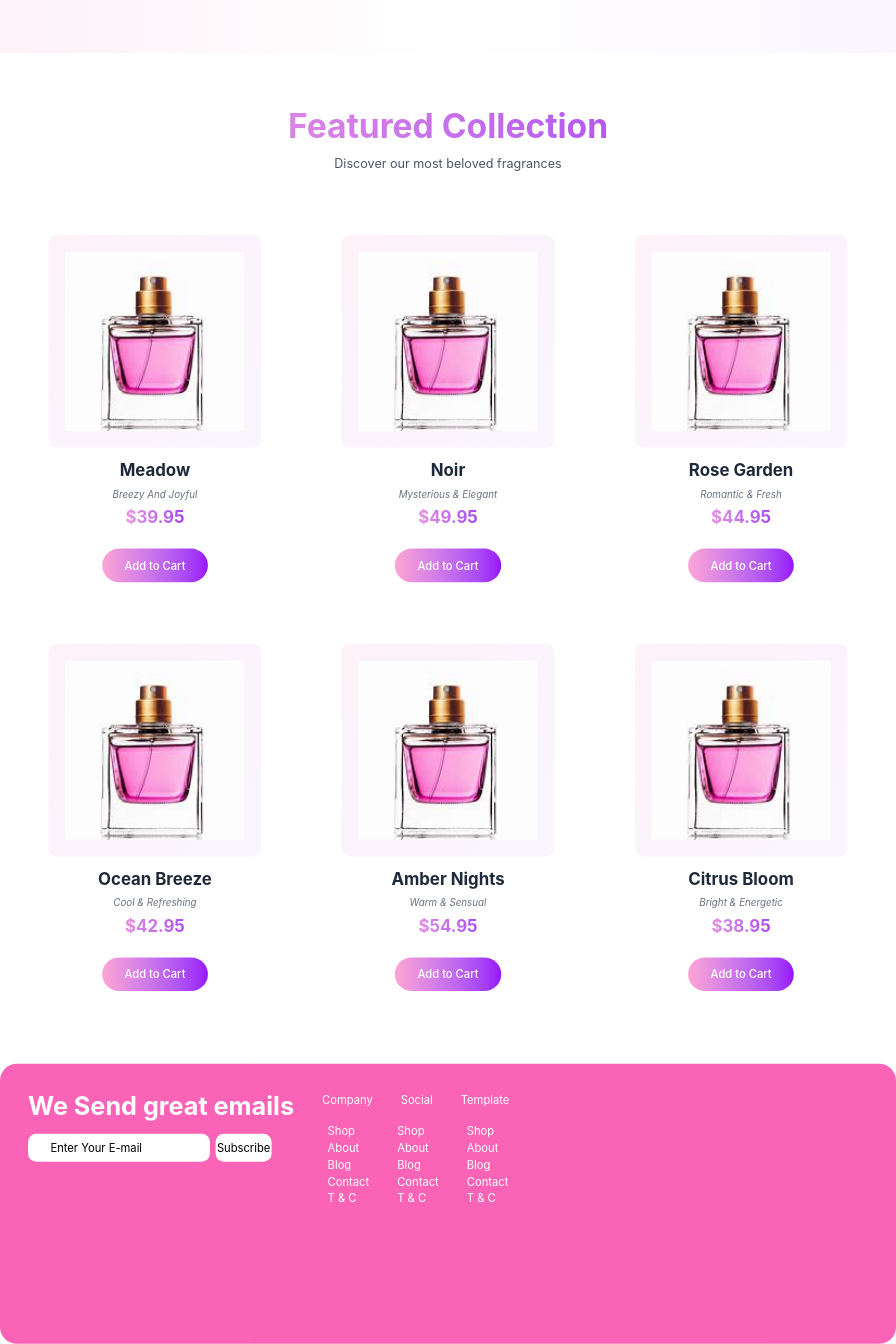
Repository: kiran2k5-ai/E-Commerce-Perfume
Page: /
An editor plug-in stored every save of this project. The page is shown before and after the next save, followed by the edit.
The browser window is 1280 px wide. The pictures show the part of the page from y = 904 to 2824 px (the page is 2824 px tall), at 70% of full size.
The project was rebuilt for these pictures with package versions that can differ from the ones it lists, and the page was loaded fresh each time. Also part of the build but not shown: vite.config.js.

Above is the page before, as saved 2026-02-04 13:04:22.

### index.html
<!doctype html>
<html lang="en">
  <head>
    <meta charset="UTF-8" />
    <link rel="icon" type="image/svg+xml" href="/vite.svg" />
    <meta name="viewport" content="width=device-width, initial-scale=1.0" />
    <title>perfume-ecommerce</title>
  </head>
  <body>
    <div id="root"></div>
    <script type="module" src="/src/main.jsx"></script>
  </body>
</html>

### src/index.css
@import "tailwindcss";

@layer base {
  * {
    scroll-behavior: smooth;
  }

  body {
    font-family: 'Inter', 'Segoe UI', Tahoma, Geneva, Verdana, sans-serif;
    -webkit-font-smoothing: antialiased;
    -moz-osx-font-smoothing: grayscale;
  }
}

@layer utilities {
  .animate-fade-in {
    animation: fadeIn 1.5s ease-in-out;
  }

  @keyframes fadeIn {
    from {
      opacity: 0;
      transform: translateY(30px);
    }
    to {
      opacity: 1;
      transform: translateY(0);
    }
  }
}

### src/App.jsx
import { useState } from 'react'
import './App.css'
import Navbar from './components/Navbar'
import Home from './pages/Home'

function App() {
  const [count, setCount] = useState(0)

  return (
    <>
      <Navbar></Navbar>
      <Home></Home>
    </>
  )
}

export default App

### src/components/Navbar.jsx
import React from 'react'

const Navbar = () => {
  return (
    <nav className=" fixed w-full bg-pink-100 z-50 left-0 md:px-16 py-4 rounded-4xl">
      <div className="flex items-center justify-between">

        <div className="flex gap-6">
          <a href="#" className="hover:underline">Shop</a>
          <a href="#" className="hover:underline">About</a>
        </div>

        <div className="font-semibold text-2xl">
          Perfume
        </div>

        <div className="flex gap-6">
          <a href="#" className="hover:underline">Blog</a>
          <a href="#" className="hover:underline">Contact</a>
        </div>

      </div>
    </nav>
  )
}

export default Navbar

### src/pages/Home.jsx
import React from 'react'
import { Swiper, SwiperSlide } from "swiper/react";
import { Mousewheel } from "swiper/modules";
import Gridbox from '../components/Gridbox';
import Footer from '../components/Footer';
import "swiper/css";

const Home = () => {
  const products = [
    { id: 1, name: "Meadow", description: "Breezy And Joyful", price: "$39.95", image: "src/images/image2.jpg" },
    { id: 2, name: "Noir", description: "Mysterious & Elegant", price: "$49.95", image: "src/images/image2.jpg" },
    { id: 3, name: "Rose Garden", description: "Romantic & Fresh", price: "$44.95", image: "src/images/image2.jpg" },
    { id: 4, name: "Ocean Breeze", description: "Cool & Refreshing", price: "$42.95", image: "src/images/image2.jpg" },
    { id: 5, name: "Amber Nights", description: "Warm & Sensual", price: "$54.95", image: "src/images/image2.jpg" },
    { id: 6, name: "Citrus Bloom", description: "Bright & Energetic", price: "$38.95", image: "src/images/image2.jpg" },
  ];

  return (
    <>
    {/* Hero Section */}
    <div className='relative h-screen overflow-hidden'>
      <div className="absolute inset-0 bg-gradient-to-br from-pink-200/30 via-purple-200/30 to-blue-200/30"></div>
      <img src="src\images\image3.jpg" alt="Hero" className='mt-10 absolute inset-0 w-full h-full object-cover mix-blend-overlay'/>
      <div className='absolute inset-0 flex flex-col items-center justify-center text-white px-6'>
        <h1 className='text-7xl md:text-7xl font-bold text-center leading-tight mb-6 animate-fade-in'>
          Elevate EveryDay<br />
          Moments To<br />
          <span className='bg-gradient-to-r from-pink-300 to-purple-300 bg-clip-text text-transparent'>Extraordinary</span>
        </h1>
        <p className='text-xl md:text-2xl text-gray-100 mt-4 font-light tracking-wide'>Discover Your Signature Scent</p>
        <button className='mt-10 px-10 py-4 bg-white text-gray-800 rounded-full font-semibold text-lg hover:bg-pink-100 hover:scale-105 transition-all duration-300 shadow-2xl'>
          Explore Collection
        </button>
      </div>
    </div>

    {/* Brand Showcase */}
    <div className="bg-gradient-to-r from-pink-50 via-white to-purple-50 py-20">
      <div className="max-w-7xl mx-auto px-8">
        <h2 className="text-center text-gray-400 uppercase tracking-widest text-sm mb-10 font-semibold">Featured Brands</h2>
        <div className="flex items-center justify-between flex-wrap gap-8 text-gray-700">
          <h1 className="font-light italic text-4xl hover:text-pink-600 transition-colors cursor-pointer">flow</h1>
          <h1 className="font-semibold tracking-wide text-4xl hover:text-pink-600 transition-colors cursor-pointer">NINO</h1>
          <h1 className="font-medium text-4xl hover:text-pink-600 transition-colors cursor-pointer">InTrend</h1>
          <h1 className="font-bold text-4xl hover:text-pink-600 transition-colors cursor-pointer">JUNE</h1>
          <h1 className="font-semibold tracking-widest text-4xl hover:text-pink-600 transition-colors cursor-pointer">ZINE</h1>
          <h1 className="font-extrabold text-4xl hover:text-pink-600 transition-colors cursor-pointer">MAX</h1>
        </div>
      </div>
    </div>

    {/* Featured Products Section */}
    <div className="bg-white py-20">
      <div className="max-w-7xl mx-auto px-8">
        <div className="text-center mb-16">
          <h2 className="text-5xl font-bold bg-gradient-to-r from-pink-300 to-purple-600 bg-clip-text text-transparent mb-4">
            Featured Collection
          </h2>
          <p className="text-gray-600 text-lg">Discover our most beloved fragrances</p>
        </div>

        <div className="grid grid-cols-1 md:grid-cols-2 lg:grid-cols-3 gap-10">
          {products.map((product) => (
            <Gridbox
              key={product.id}
              name={product.name}
              description={product.description}
              price={product.price}
              image={product.image}
            />
          ))}
        </div>
      </div>
    </div>
    <Footer></Footer>

    </>
  )
}

export default Home

### src/components/Gridbox.jsx
import React from 'react'

const Gridbox = ({ image, name, description, price }) => {
  return (
    <div className="group flex flex-col items-center text-center gap-4 p-6 rounded-2xl bg-white hover:shadow-2xl transition-all duration-500 transform hover:-translate-y-2">

      <div className="relative overflow-hidden rounded-xl bg-gradient-to-br from-pink-50 to-purple-50 p-6">
        <img
          src={image}
          alt={name}
          className="w-64 h-64 object-cover transition-transform duration-500 group-hover:scale-110"
        />
        <div className="absolute inset-0 bg-gradient-to-t from-black/10 to-transparent opacity-0 group-hover:opacity-100 transition-opacity duration-300"></div>
      </div>

      <div className="space-y-2">
        <h2 className="text-2xl font-bold text-gray-800">{name}</h2>
        <p className="text-sm text-gray-500 italic">{description}</p>
        <p className="text-2xl font-bold bg-gradient-to-r from-pink-300 to-purple-600 bg-clip-text text-transparent">{price}</p>
      </div>

      <button
        className="mt-3 px-8 py-3 bg-gradient-to-r from-pink-300 to-purple-600 text-white rounded-full hover:shadow-lg hover:scale-105 transition-all duration-300 font-medium"
      >
        Add to Cart
      </button>

    </div>
  )
}

export default Gridbox

### src/components/Footer.jsx
import React from 'react'

const Footer = () => {
  return (
    <div className='flex justify-center'>
      <div className='h-100 w-350 bg-pink-400 rounded-3xl flex flex-row '>
        <div className='mt-10 ml-10 '>
            <h2 className='font-bold text-4xl  text-white '>We Send great emails</h2>
            <div className='flex flex-row gap-2 mt-5'>
            <input type="text" className='bg-white rounded-xl w-65 h-10 px-3 placeholder-black placeholder:px-5 hover:bg-none' placeholder='Enter Your E-mail'/>
            <button className=' bg-white w-20 h-10 rounded-xl text-black hover:bg-gradient-to-r from-pink-300 to-purple-600'>Subscribe</button>
            </div>
        </div>
        <div className='mt-10 ml-10 text-white '>
            <div className='flex flex-row gap-10'>
                <h1>Company</h1>
                <h1>Social</h1>
                <h1>Template</h1>
            </div>
            <div className='flex flex-row gap-10 mt-5 ml-2'>
                <div className = 'flex flex-col'>
                    <a href="">Shop</a>
                    <a href="">About </a>
                    <a href="">Blog</a>
                    <a href="">Contact</a>
                    <a href="">T & C</a>
                </div>
                <div className = 'flex flex-col'>
                    <a href="">Shop</a>
                    <a href="">About </a>
                    <a href="">Blog</a>
                    <a href="">Contact</a>
                    <a href="">T & C</a>
                </div >
                <div className = 'flex flex-col'>
                    <a href="">Shop</a>
                    <a href="">About </a>
                    <a href="">Blog</a>
                    <a href="">Contact</a>
                    <a href="">T & C</a>
                </div>
            </div>
        </div>
      </div>
    </div>
  )
}

export default Footer

Loaded but not shown: src/main.jsx (common file); src/App.css (common file)

After the next save:
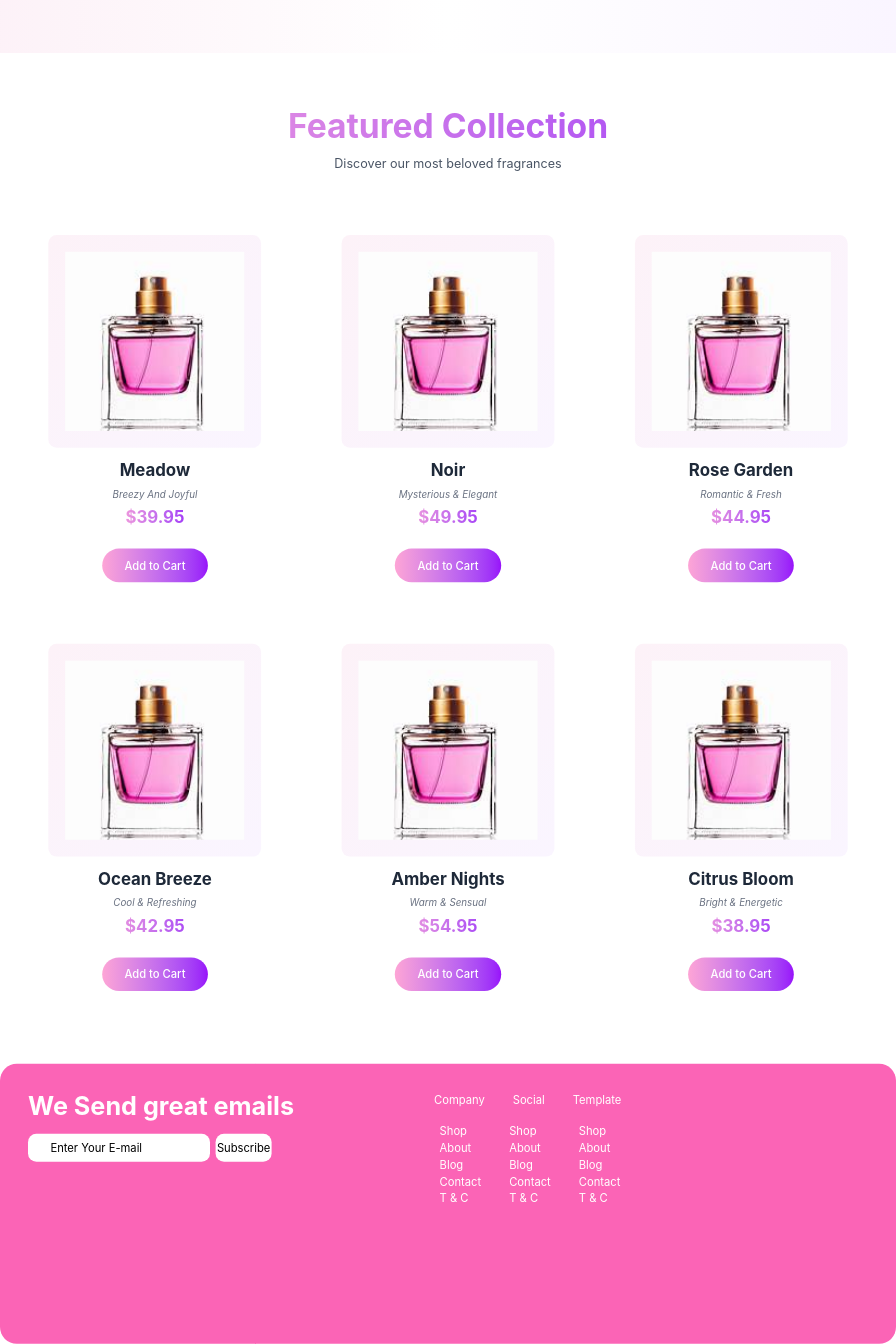
Saved 4 s later.
--- a/src/components/Footer.jsx
+++ b/src/components/Footer.jsx
@@ -11,7 +11,7 @@ const Footer = () => {
             <button className=' bg-white w-20 h-10 rounded-xl text-black hover:bg-gradient-to-r from-pink-300 to-purple-600'>Subscribe</button>
             </div>
         </div>
-        <div className='mt-10 ml-10 text-white '>
+        <div className='mt-10 ml-50 text-white '>
             <div className='flex flex-row gap-10'>
                 <h1>Company</h1>
                 <h1>Social</h1>
